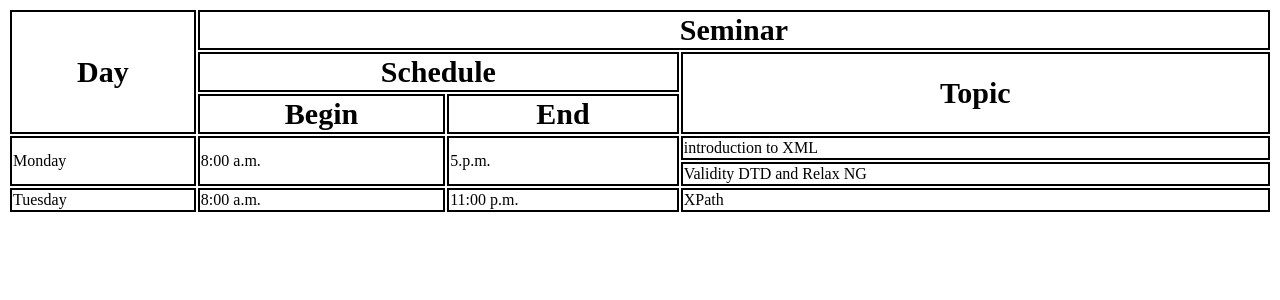
Repository: pratixa-chauhan/practice
Page: schedule.html
These files come from the project's save history. The page is drawn as it stood at one moment and after the next save; the edit follows.
The browser window is 1280 px wide. The pictures show the whole page.

Above is the page before, as saved 2021-12-20 14:42:39.

After the next save:
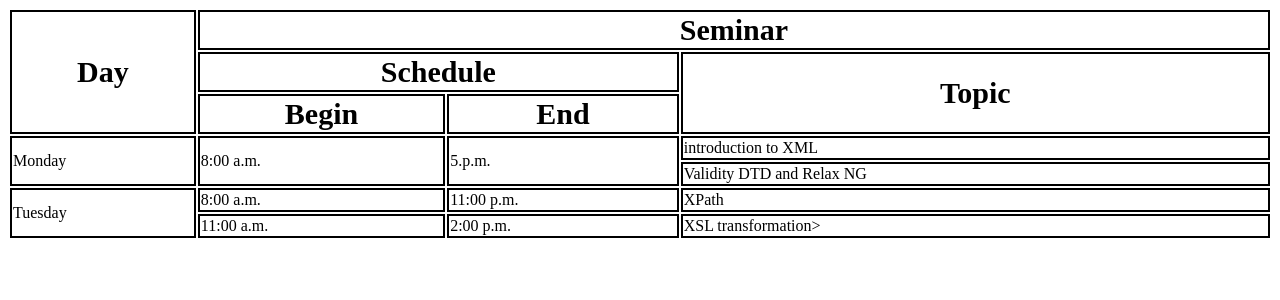
Saved 4 min 38 s later.
--- a/schedule.html
+++ b/schedule.html
@@ -43,6 +43,14 @@
                 <td>11:00 p.m.</td>
                 <td>XPath</td>
             </tr>
+            <tr>
+                <td>11:00 a.m.</td>
+                <td>2:00 p.m.</td>
+                <td colspan="2">XSL transformation>
+
+                </td>
+                 </tr>
+
 
         </table>
     </body>
